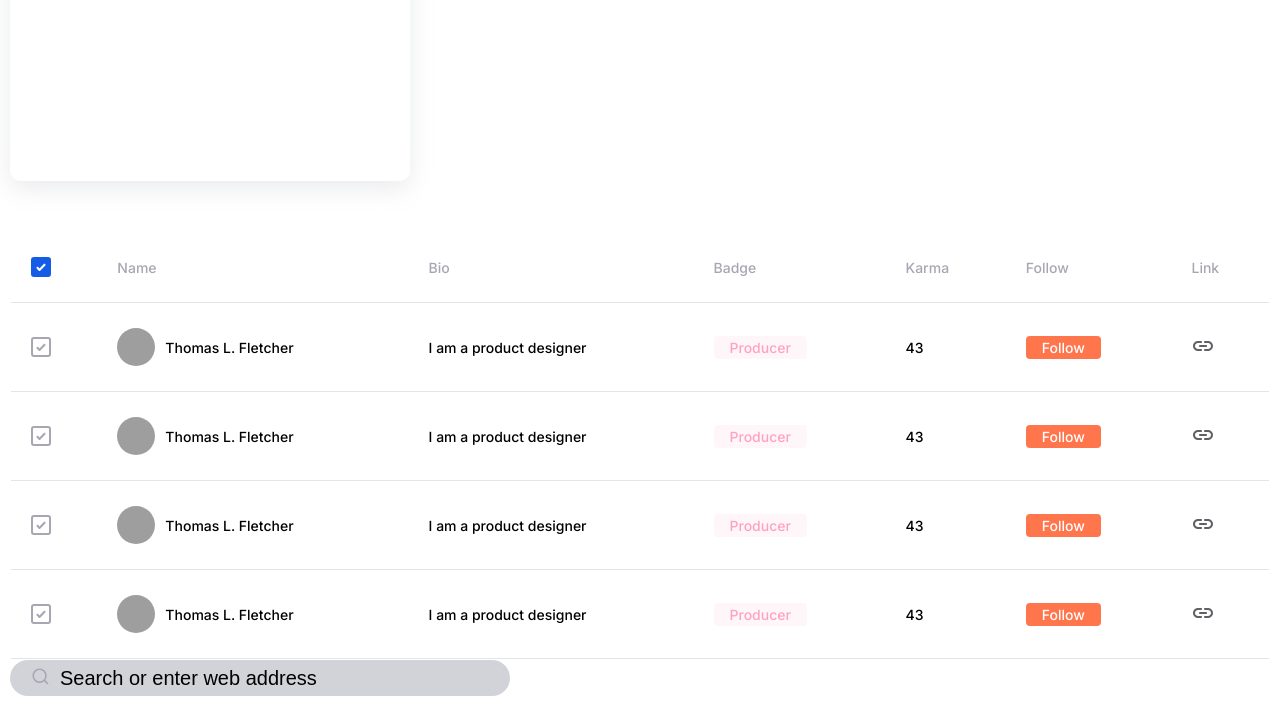
Repository: anhphapap/CSS
Page: test.html
These files come from the project's save history. The page is drawn as it stood at one moment and after the next save; the edit follows.
The browser window is 1280 px wide. The pictures show the part of the page from y = 642 to 1348 px (the page is 1348 px tall).
Pictures or frames that could not be fetched are drawn as grey boxes. A picture or video elsewhere on the page could not be fetched, so the positions and the page height are approximate.

Above is the page before, as saved 2023-04-09 22:13:35.

After the next save:
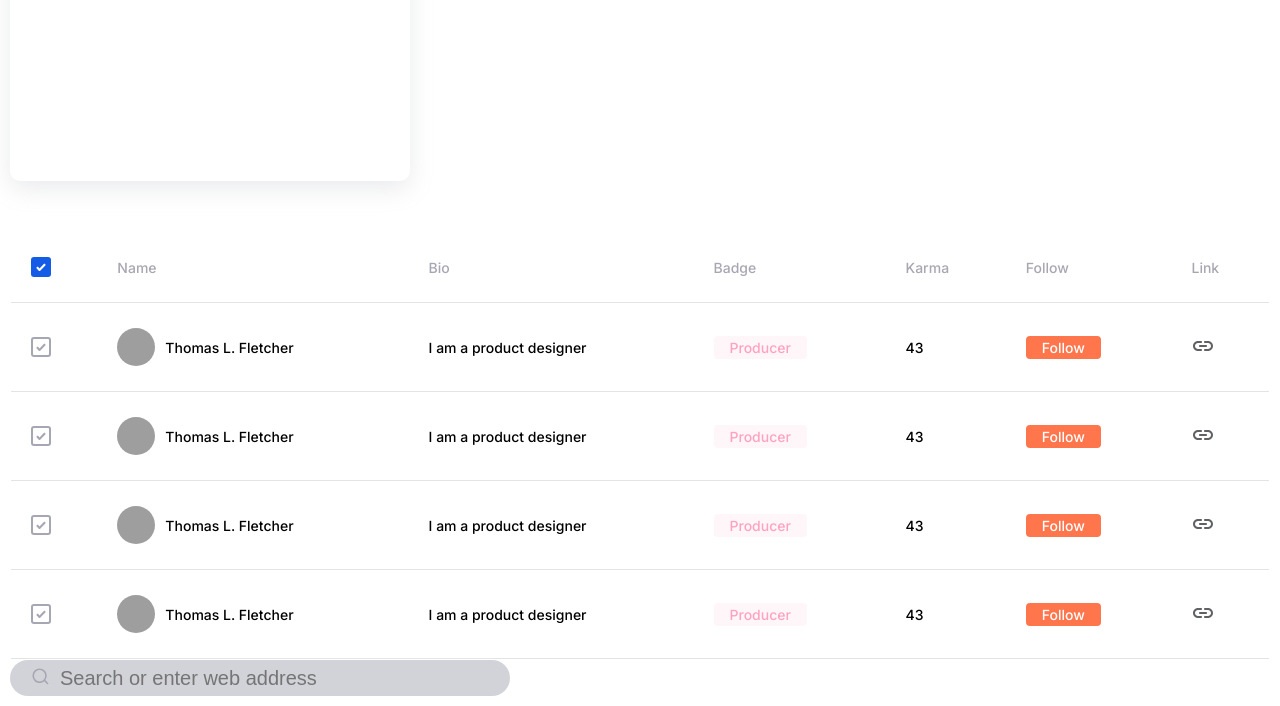
Saved 8 s later.
--- a/CSS/test.css
+++ b/CSS/test.css
@@ -403,7 +403,7 @@ td,th{
     top: 6px;
 }
 
-.input-search::placeholder{
+.input::placeholder{
     color: black;
 }
 .input-search:focus{
